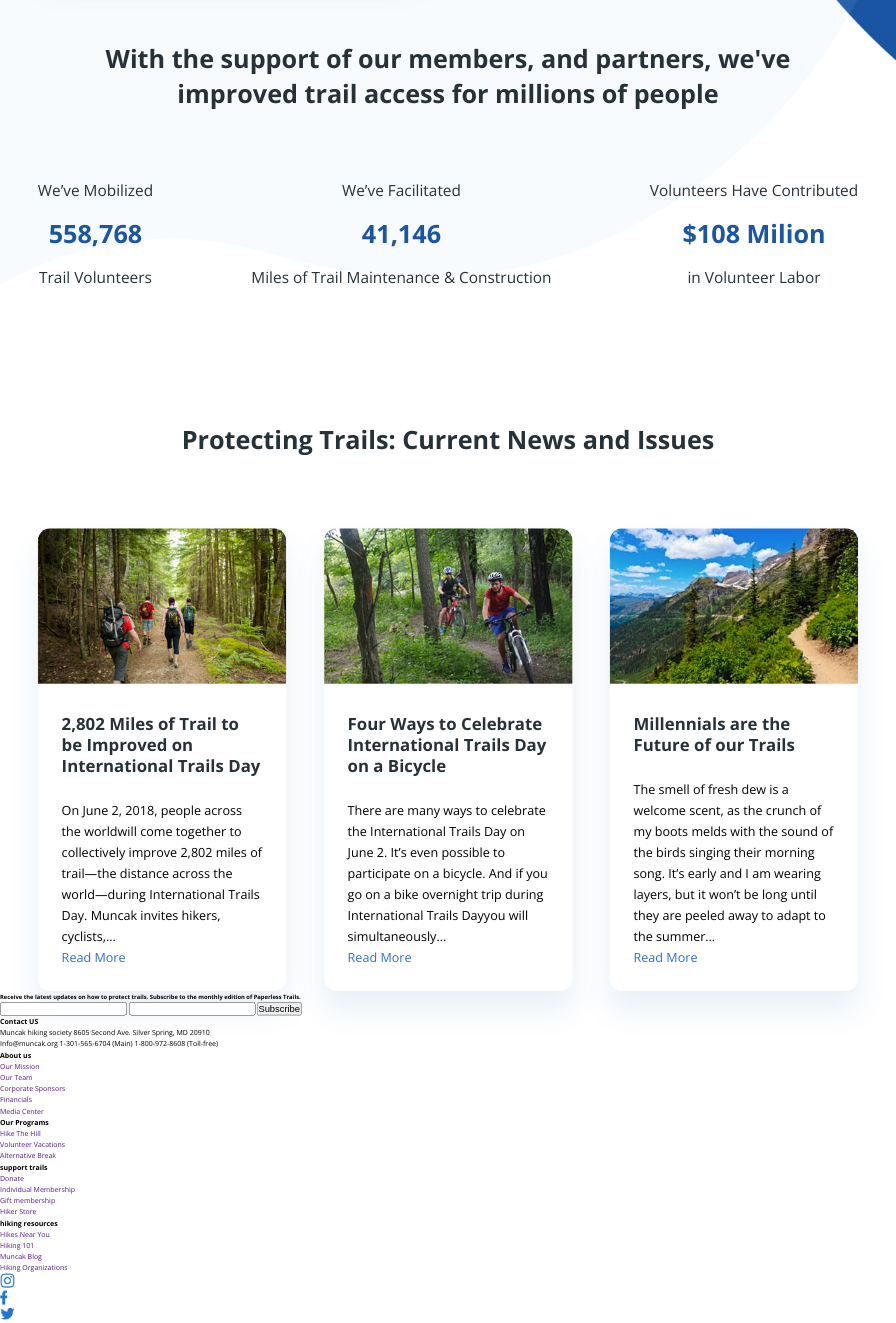
Repository: huubinh98/Project
Page: muncak/index.html
The author's editor kept a copy of each file at every save. The page is drawn from the files as they stood at one save, then again after the next save.
The browser window is 1280 px wide. The pictures show the part of the page from y = 2864 to 4784 px (the page is 4754 px tall before and 4784 px after), at 70% of full size.

Above is the page before, as saved 2021-08-28 20:11:23.

### muncak/index.html
<!DOCTYPE html>
<html lang="en">

<head>
    <meta charset="UTF-8">
    <meta http-equiv="X-UA-Compatible" content="IE=edge">
    <meta name="viewport" content="width=device-width, initial-scale=1.0">
    <link rel="stylesheet" href="./style.css">
    <link rel="preconnect" href="https://fonts.googleapis.com">
    <link rel="preconnect" href="https://fonts.gstatic.com" crossorigin>
    <link href="https://fonts.googleapis.com/css2?family=Open+Sans:wght@300;400;600;700&display=swap" rel="stylesheet">
    <title>Muncak</title>
</head>

<body>
    <header class="header">
        <div class="container header-nav">
            <h1 class="logo"><a href="" class="logo-link"><img src="./image/Muncak.png" alt="" class="logo-img"></a>
            </h1>
            <ul class="nav-list">
                <li class="nav-item">
                    <a href="" class="nav-item-link">Home</a>
                </li>
                <li class="nav-item">
                    <a href="" class="nav-item-link">Go Hiking</a>
                </li>
                <li class="nav-item">
                    <a href="" class="nav-item-link">About</a>
                </li>
                <li class="nav-item">
                    <a href="" class="nav-item-link nav-highlight">Login</a>
                </li>
            </ul>
        </div>
        <div class="container-small">
            <h1 class="heading-banner">Lets get the top of Moutain</h1>
            <p class="heading-desc">Here is the hiking information you need to decide
                if it is right for you, and to make it more interesting,
                enjoyable, and safe.</p>
            <a href="#" class="btn c"> Get Started</a>
        </div>
    </header>
    <section class="about">
        <div class="container-small about-wrap">
            <h2 class="heading-name hearding-name-about">We envision a world where everyone
                has permanent access to a hiking trail</h2>
            <div class="about-item">
                <img src="./image/loa.png" alt="loa" class="about-img">
                <div class="about-content">
                    <h4 class="about-content-heading">Advocate</h4>
                    <p class="about-content-desc">We work with Congress, Federal agencies, and partners on policy issues
                        and legislation to ensure funding for trails, preservation of natural areas, and protection of
                        the hiking experience.</p>
                </div>
            </div>
            <div class="about-item">
                <img src="./image/bantay.png" alt="loa" class="about-img">
                <div class="about-content">
                    <h4 class="about-content-heading">Volunteer </h4>
                    <p class="about-content-desc">Trails don't maintain themselves. Individuals of any age and
                        experience level can become trail stewards. Give back to the trails you love, meet new people,
                        and enjoy the experience!</p>
                </div>
            </div>
            <div class="about-item">
                <img src="./image/nui.png" alt="loa" class="about-img">
                <div class="about-content">
                    <h4 class="about-content-heading">Explore</h4>
                    <p class="about-content-desc">Feel confident when you set out on your next trail adventure. Check
                        out our free hiking resources like tips for hiking with families, gear checklists, finding the
                        best trail for you.</p>
                </div>
            </div>
            <a href="" class="btn btn-about">Lean more</a>
        </div>
        <div class="container-small about-customer">
            <h2 class="heading-name">With the support of our members, and partners, we've improved trail access for millions of people</h2>
            <div class="customer-content">
                <p class="customer-text">We’ve Mobilized <span>558,768</span> Trail Volunteers</p>
                <p class="customer-text">We’ve Facilitated <span>41,146</span>
                    Miles of Trail Maintenance & Construction</p>
                <p class="customer-text">Volunteers Have Contributed <span>$108 Milion</span> in Volunteer Labor</p>
            </div>
        </div>
    </section>

    <!-- -----------new--------------- -->
    <section class="new">
        <div class="container-small">
            <h2 class="heading-name">Protecting Trails: Current News and Issues</h2>
            <div class="new-content">
                <div class="new-item">
                    <a href="#" class="new-item-link">
                        <img src="./image/pic1.jpg" alt="pic1" class="new-item-img">
                    </a>
                    <div class="new-item-text">
                        <h3 class="new-item-name">2,802 Miles of Trail to be Improved on International Trails Day</h3>
                        <p class="new-item-desc">On June 2, 2018, people across the worldwill come together to
                            collectively improve 2,802 miles of trail—the distance across the world—during International
                            Trails Day. Muncak invites hikers, cyclists,…</p>
                        <a href="#" class="new-item-link">Read More</a>
                    </div>
                </div>
                <div class="new-item">
                    <a href="#" class="new-item-link">
                        <img src="./image/pic2.jpg" alt="pic1" class="new-item-img">
                    </a>
                    <div class="new-item-text">
                        <h3 class="new-item-name">Four Ways to Celebrate International Trails Day on a Bicycle</h3>
                        <p class="new-item-desc">There are many ways to celebrate the International Trails Day on June 2. It’s even possible to participate on a bicycle. And if you go on a bike overnight trip during International Trails Dayyou will simultaneously…</p>
                        <a href="#" class="new-item-link">Read More</a>
                    </div>
                </div>
                <div class="new-item">
                    <a href="#" class="new-item-link">
                        <img src="./image/pic3.jpg" alt="pic1" class="new-item-img">
                    </a>
                    <div class="new-item-text">
                        <h3 class="new-item-name">Millennials are the Future of our Trails</h3>
                        <p class="new-item-desc">The smell of fresh dew is a welcome scent, as the crunch of my boots melds with the sound of the birds singing their morning song. It’s early and I am wearing layers, but it won’t be long until they are peeled away to adapt to the summer…</p>
                        <a href="#" class="new-item-link">Read More</a>
                    </div>
                </div>
            </div>
        </div>
    </section>

    <div class="contact-footer">
        <div class="container">
            <h5 class="contact-heading">Receive the latest updates on how to protect trails.
                Subscribe to the monthly edition of Paperless Trails.</h5>
            <form action="">
                <input type="text" name="Name" id="" class="form-input">
                <input type="text" name="Email" id="" class="form-input">
                <button type="submit">Subscribe</button>
            </form>
        </div>
        <footer class="footer container">
            <div class="footer-info">
                <div class="footer-item">
                    <h4>Contact US</h4>
                    <p>Muncak hiking society
                        8605 Second Ave.
                        Silver Spring, MD 20910</p>
                    <p>
                        <span>Info@muncak.org</span>
                        <span>1-301-565-6704 (Main)</span>
                        <span>1-800-972-8608 (Toll-free)</span>
                    </p>
                </div>
                <div class="footer-item">
                    <h4>About us</h4>
                    <ul>
                        <li>
                            <a href="">Our Mission</a>
                        </li>
                        <li>
                            <a href="">Our Team</a>
                        </li>
                        <li>
                            <a href="">Corporate Sponsors</a>
                        </li>
                        <li>
                            <a href="">Financials</a>
                        </li>
                        <li>
                            <a href="">Media Center</a>
                        </li>
                    </ul>
                </div>
                <div class="footer-item">
                    <h4>Our Programs</h4>
                    <ul>
                        <li>
                            <a href="">Hike The Hill</a>
                        </li>
                        <li>
                            <a href="">Volunteer Vacations</a>
                        </li>
                        <li>
                            <a href="">Alternative Break</a>
                        </li>
                    </ul>
                </div>
                <div class="footer-item">
                    <h4>support trails</h4>
                    <ul>
                        <li>
                            <a href="">Donate</a>
                        </li>
                        <li>
                            <a href="">Individual Membership</a>
                        </li>
                        <li>
                            <a href="">Gift membership</a>
                        </li>
                        <li>
                            <a href="">Hiker Store</a>
                        </li>
                    </ul>
                </div>
                <div class="footer-item">
                    <h4>hiking resources</h4>
                    <ul>
                        <li>
                            <a href="">Hikes Near You</a>
                        </li>
                        <li>
                            <a href="">Hiking 101</a>
                        </li>
                        <li>
                            <a href="">Muncak Blog</a>
                        </li>
                        <li>
                            <a href="">Hiking Organizations</a>
                        </li>
                    </ul>
                </div>
            </div>
            <ul class="socical">
                <li class="socical-item">
                    <a href="" class="socical-item-link">
                        <img src="./image/instar.png" alt="" class="socical-item-img">
                    </a>
                </li>
                <li class="socical-item">
                    <a href="" class="socical-item-link">
                        <img src="./image/facebook.png" alt="" class="socical-item-img">
                    </a>
                </li>
                <li class="socical-item">
                    <a href="" class="socical-item-link">
                        <img src="./image/tiwer.png" alt="" class="socical-item-img">
                    </a>
                </li>
            </ul>
        </footer>
    </div>
</body>

</html>

### muncak/style.css
* {
    margin: 0;
    padding: 0;
    box-sizing: border-box;
}

html {
    font-size: 62.5%;
    line-height: 1.6rem;
    font-family: 'Open Sans', sans-serif;
    scroll-behavior: smooth;
}

ul, li {
    list-style: none;
}

a {
    text-decoration: none;
}

.container {
    max-width: 1404px;
    width: 100%;
    margin: 0 auto;
}

.container-small {
    max-width: 1172px;
    width: 100%;
    margin: 0 auto;
}

.btn {
    font-size: 2rem;
    line-height: 8rem;
    color: #fbfcfc;
    background-color: #2870db;
    border-radius: 40px;
    display: inline-block;
    padding: 0 66px;
    box-shadow: 0 22px 24px rgba(17, 83, 165, 0.21);
    transition: 0.25s ease;
}

.heading-name {
    font-size: 3.6rem;
    line-height: 5rem;
    text-align: center;
    margin: 0 auto;
    color: #263238;
    margin-bottom: 101px;
    max-width: 1000px;
}

.btn:hover {
    background-color: #1153a5;
}

/* ----------------------- */

.header {
    margin: 0 auto;
    max-width: 1900px;
    height: 1026px;
    background-color: white;
    background-image: url(./image/backgroudleft1.png), url(./image/Muncak-Landing-Page.png);
    background-position: left bottom, right top;
    background-repeat: no-repeat, no-repeat;
}

.header-nav {
    display: flex;
    justify-content: space-between;
    padding-top: 85px;
}

.logo{

}
.logo-link{

}
.logo-img{

}
.nav-list{

}
.nav-item{
    display: inline-block;
}
.nav-item-link{
    font-size: 1.8rem;
    font-weight: 400;
    line-height: 3.6rem;
    color: #fff;
    padding: 0 36px;
    display: inline-block;
}

.nav-highlight {
    background-color: #fff;
    color: #14215e;
    border-radius: 14px;
}

.heading-banner {
    font-size: 5rem;
    line-height: 6rem;
    color: #1c2056;
    margin-top: 144px;
    max-width: 400px;
}

.heading-desc {
    font-size: 1.8rem;
    line-height: 4rem;
    color: rgba(45, 32, 88, 0.65);
    max-width: 400px;
    margin-top: 43px;
    margin-bottom: 103px;
}

.btn-heading {
    margin-bottom: 310px;
}


/* -----------about---------------- */
.about {
    margin-top: 158px;
    margin-bottom: 98px;
    background-image: url(./image/backgroudleft2.png), url(./image/Muncak-Landing-Page2.png);
    background-repeat: no-repeat, no-repeat;
    background-position: left bottom, right center;
}

.about-wrap {
    margin-bottom: 105px;
}

.hearding-name-about {
    max-width: 700px;
}

.about-item {
    margin-top: -150px;
    max-width: 549px;
}

.about-item:nth-child(2n + 1) {
    margin-left: auto;
}

.about-item:nth-child(2n + 2) {
    margin-top: -109px;
}

.about-item:first-of-type {
    margin-top: 0;
}

.about-img {
    display: block;
    margin: 0 auto;
    margin-bottom: 63px;
}

.about-content {
    padding: 72px;
    border-radius: 18px;
    background-color: #fff;
    box-shadow: 0 27px 43px rgb(32 94 171 / 10%);
}

.about-content-heading {
    font-size: 2.4rem;
    line-height: 3.6rem;
    color: #263238;
    padding-bottom: 48px;
}

.about-content-desc {
    font-size: 1.8rem;
    line-height: 3.6rem;
    color: #546e7a;
}

.btn-about {
    float: right;
    margin-right: 163px;
    margin-top: -226px;
}

/* -----------customer-------------- */

.about-custumer {
    margin-top: 105px;
}

.customer-content {
    display: flex;
    justify-content: space-between;
}

.customer-text {
    text-align: center;
    font-size: 2.2rem;
    line-height: 2.3rem;
    color: #263238;
}

.customer-text span {
    font-size: 3.6rem;
    display: block;
    color: #1a56a3;
    font-weight: 700;
    line-height: 3.4rem;
    padding: 34px 0;
}

/* --------New-------------- */

.new {
    padding-top: 98px;
}

.new-content {
    display: flex;
    justify-content: space-between;
}

.new-item {
    border-radius: 18px;
    box-shadow: 0 27px 43px rgb(32 94 171 / 10%);
    max-width: 355px;
    overflow: hidden;
}

.new-item-img {
    height: 222px;
    object-fit: cover;
    width: 100%;
}

.new-item-text {
    padding: 34px;
}

.new-item-name {
    font-size: 2.4rem;
    line-height: 3rem;
    color: #263238;
    padding-bottom: 33px;
}

.new-item-desc {
    font-size: 1.8rem;
    line-height: 3rem;
}

.new-item-link {
    font-size: 1.8rem;
    line-height: 3rem;
    color: #2870db;
    padding-top: 30px;
}

After the next save:
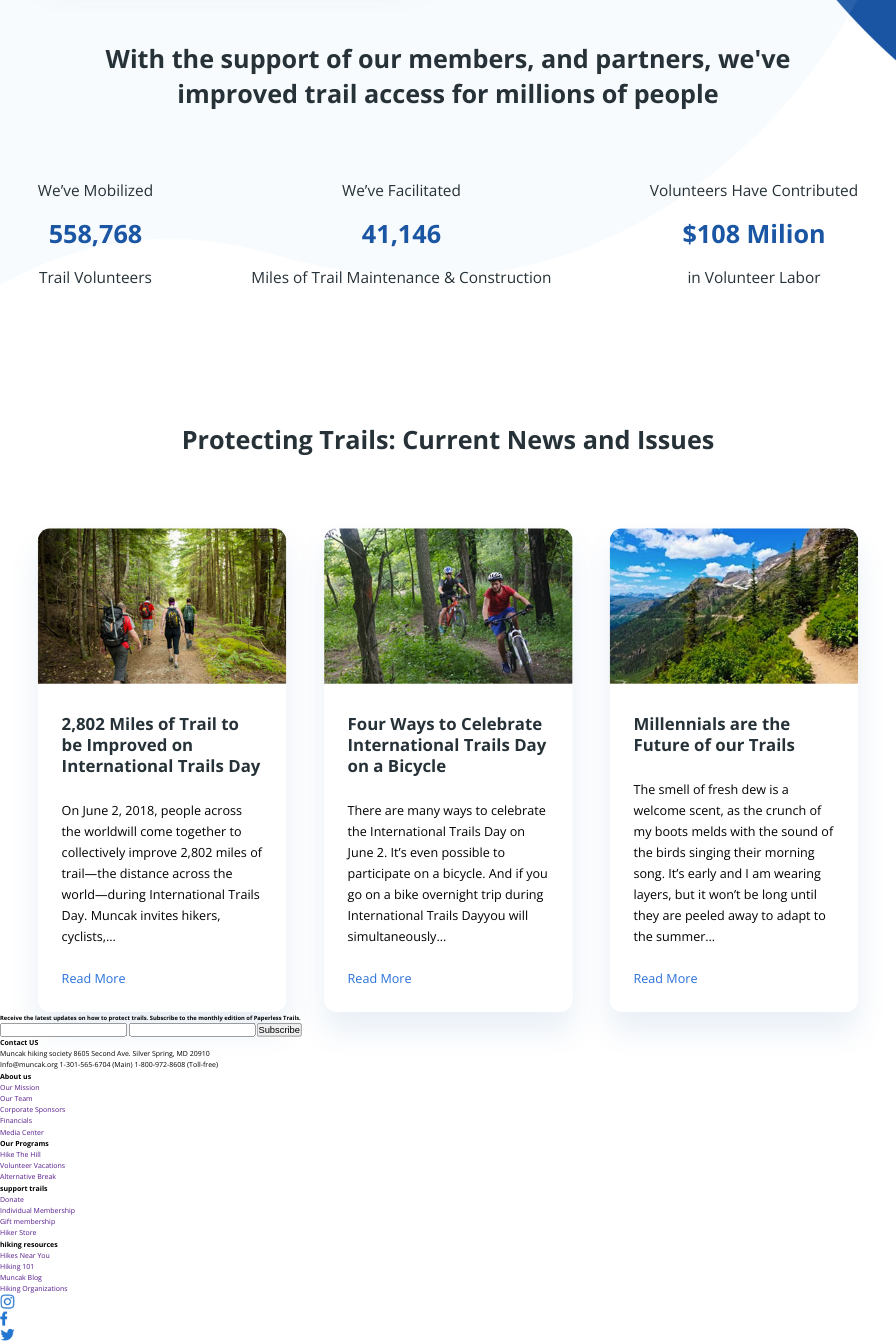
Saved 22 s later.
--- a/muncak/style.css
+++ b/muncak/style.css
@@ -258,11 +258,11 @@ a {
 .new-item-desc {
     font-size: 1.8rem;
     line-height: 3rem;
+    padding-bottom: 30px;
 }
 
 .new-item-link {
     font-size: 1.8rem;
     line-height: 3rem;
     color: #2870db;
-    padding-top: 30px;
-}
+}
